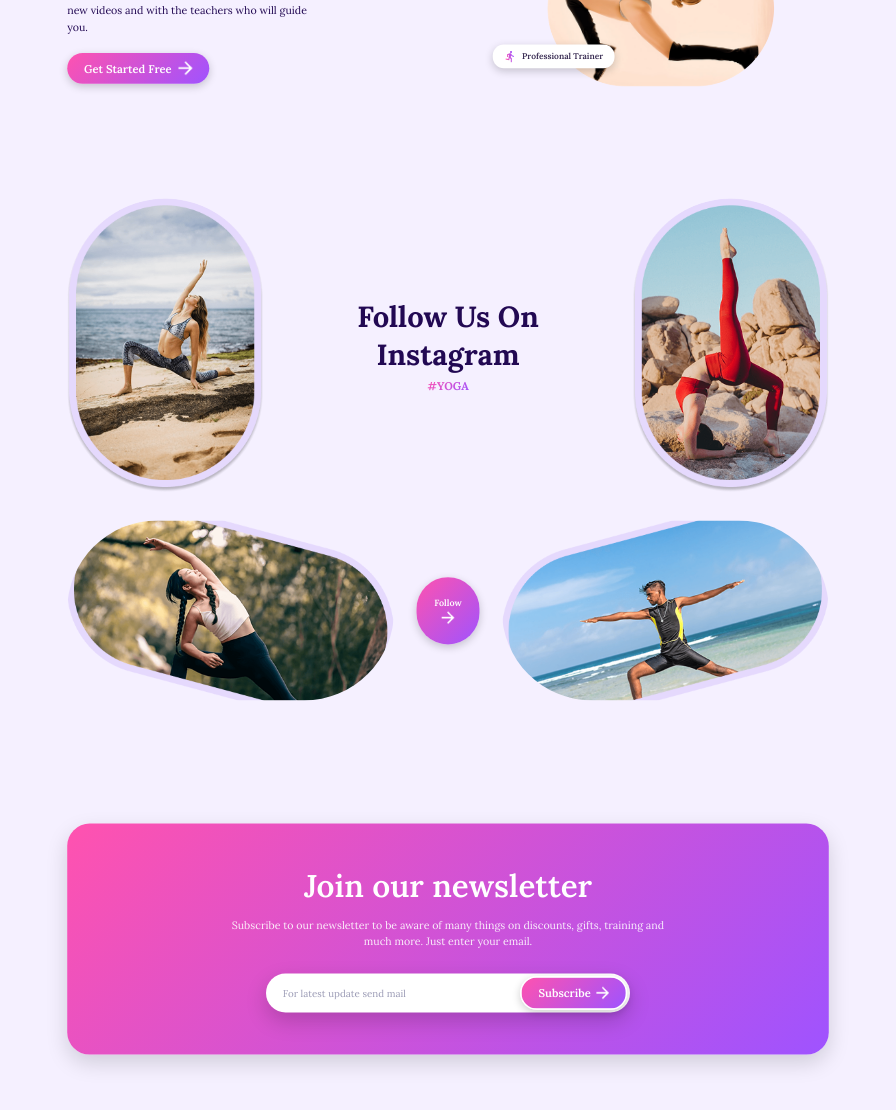
Repository: EunsuhJeon/responsive-yoga-website
Page: index.html
These files come from the project's save history. The page is drawn as it stood at one moment and after the next save; the edit follows.
The browser window is 1280 px wide. The pictures show the part of the page from y = 852 to 2772 px (the page is 2438 px tall before and 2772 px after), at 70% of full size.

Above is the page before, as saved 2025-11-26 01:07:20.

### index.html
<!DOCTYPE html>
<html lang="en">
<head>
    <meta charset="UTF-8">
    <meta name="viewport" content="width=device-width, initial-scale=1.0">
    <title>Yoga website</title>
    <link rel="stylesheet" href="./main.css">
    <link rel="preconnect" href="https://fonts.googleapis.com">
    <link rel="preconnect" href="https://fonts.gstatic.com" crossorigin>
    <link href="https://fonts.googleapis.com/css2?family=Lora:ital,wght@0,400..700;1,400..700&display=swap" rel="stylesheet">
</head>
<body>
    <header>
        <img src="./assets/logos/logo.png" alt="logo">
        <nav>
            <ul>
                <li>Home</li>
                <li>Services1</li>
                <li>Services2</li>
                <li>Contact</li>
            </ul>
        </nav>
        <a href="#"></a>
    </header>
    <main>
        <!-- Jade - start -->
        <section id="section-hero">
            <h1>Choose Your Best Yoga Teacher</h1>
            <p>Calm your mind and body with the best yoga teachers available, relax your day and stay positive.</p>
            <input class="btn" type="button" value="Get Started Free">
            <div>
                <div>300+</div>
                <p>Yoga Class</p>
            </div>
            <div>
                <div>40+</div>
                <p>Participants</p>
            </div>
        </section>
        <section id="section-influencers">
            <h2>#01</h2>
            <img src="" alt="">
            <p>Get a list of specific influencers in your niche at your fingertips so you can focus on managing your status.</p>
            <a href="#">Next</a>
        </section>
        <section id="section-wellness-cta">
            <img src="" alt="">
            <h2>Bring Happiness To Good Health!</h2>
            <p>If you take care of your good health, take care of your mentality and lead a healthy life with positive thoughts every day.</p>
            <input class="btn" type="button" value="Let's Start">
        </section>
        <!-- Jade - end -->


        <!-- Andrea - start -->
        <section class="section-4-place">
            <div class="section-4-place-content">
                <h1 class="section-4-title">
                    Anytime, Any<br>
                    Place, Any<br>
                    Workout
                </h1>
                <p class="section-4-text">
                    Take your routine at any time of your day, with the new
                    videos and with the teachers who will guide you.
                </p>
                <button class="btn btn-primary">
                    Get Started Free
                    <img
                        class="btn-icon"
                        src="./assets/icons/p2-s1-button-pink-Arrow.png"
                        alt="Arrow icon">
                </button>
            </div>

            <div class="section-4-place-media">
                <div class="section-4-place-images">
                    <img
                        class="section-4-place-img section-4-place-img-top"
                        src="./assets/images/b2-s1-routine-yoga-1.png"
                        alt="Yoga routine 1">
                    <img
                        class="section-4-place-img section-4-place-img-bottom"
                        src="./assets/images/b2-s1-routine-yoga-2.png"
                        alt="Yoga routine 2">
                </div>

                <button class="pill-btn pill-btn-top">
                    <img
                        class="pill-icon"
                        src="./assets/icons/p2-s1-button-white-ri_play.svg"
                        alt="Play icon">
                    High Quality Video
                </button>

                <button class="pill-btn pill-btn-bottom">
                    <img
                        class="pill-icon"
                        src="./assets/icons/p2-s1-button-white-person.svg"
                        alt="Person icon">
                    Professional Trainer
                </button>
            </div>
        </section>

        <!-- Seccion 5 - Follow -->
        <section class="seccion-5-follow">

        <!-- fila superior -->
        <div class="seccion-5-top">
            <img
            class="seccion-5-img seccion-5-img-tl"
            src="./assets/images/b2-s2-follow-yoga-1.png"
            alt="Yoga pose top-left">

            <div class="seccion-5-text">
            <h2 class="seccion-5-title">
                Follow Us On<br>Instagram
            </h2>
            <p class="seccion-5-hashtag">
                <span class="gradient-text">#YOGA</span>
            </p>
            </div>

            <img
            class="seccion-5-img seccion-5-img-tr"
            src="./assets/images/b2-s2-follow-yoga-2.png"
            alt="Yoga pose top-right">
        </div>

        <!-- fila inferior -->
        <div class="seccion-5-bottom">

            <img
            class="seccion-5-img seccion-5-img-bl"
            src="./assets/images/b2-s2-follow-yoga-3.png"
            alt="Yoga pose bottom-left">

            <button class="btn btn-circle">
            <span>Follow</span>
            <img
                class="btn-icon"
                src="./assets/icons/p2-s1-button-pink-Arrow.png"
                alt="Arrow icon">
            </button>

            <img
            class="seccion-5-img seccion-5-img-br"
            src="./assets/images/b2-s2-follow-yoga-4.png"
            alt="Yoga pose bottom-right">
        </div>
        </section>

        <!-- Seccion 6 - Newsletter -->
        <section class="seccion-6-newsletter">

        <div class="newsletter-box">

            <h2 class="newsletter-title">Join our newsletter</h2>

            <p class="newsletter-subtitle">
            Subscribe to our newsletter to be aware of many things on discounts, gifts,
            training and much more. Just enter your email.
            </p>

            <div class="newsletter-form">
            <div class="newsletter-input-wrapper">

                <input
                type="email"
                class="newsletter-input"
                placeholder="For latest update send mail">

                <button class="btn newsletter-btn">
                Subscribe
                <img
                    class="btn-icon"
                    src="./assets/icons/p2-s1-button-pink-Arrow.png"
                    alt="Arrow icon">
                </button>

            </div>
            </div>

        </div>

        </section>



    <!-- Andrea - end -->
    </main>
    <footer>

    </footer>
</body>
</html>

### main.css
*{
    box-sizing: border-box;
    margin: 0;
    padding: 0;
    font-family: "Lora", serif;
    font-optical-sizing: auto;
    font-style: normal;
}

body{
    width: 100%;
    height: 100%;
}

:root {
  --btn-gradient: linear-gradient(135deg, #FF52AF, #9F53FF);
  --btn-text: #fff;
  --btn-radius: 64px;
  --btn-padding: 12px 24px;
  --btn-shadow: 0 4px 12px rgba(0, 0, 0, 0.20);
}

button,
.btn {
  background: var(--btn-gradient);
  color: var(--btn-text);
  padding: var(--btn-padding);
  border: none;
  border-radius: var(--btn-radius);
  box-shadow: var(--btn-shadow);

  font-size: 16px;
  font-weight: 600;
  cursor: pointer;
  transition: transform 0.2s ease, opacity 0.2s ease;
}

/* Hover */
button:hover,
.btn:hover {
  transform: translateY(-2px);
  opacity: 0.9;
}

/* Active (cuando se hace click) */
button:active,
.btn:active {
  transform: translateY(0);
  opacity: 0.75;
}

@media (prefers-color-scheme: light) {
  body {
    background: #F5F0FF;
    color: #220953;
  }
}

@media (prefers-color-scheme: dark) {
  body {
    background: #14092A;
    color: #D1C0F1;
  }

    /* Andrea: Section-4 pill buttons cambian a #372A51 en oscuro */
  .pill-btn {
    background: #372A51;
    color: #F5F0FF;
  }
}



/* jade - start */

/* jade - end */



/* Andrea - start */

/* ---------- Section 4 - Place ---------- */
/* ----------TIPOGRAFÍA / TEXTOS---------- */

.section-4-title {
  font-size: clamp(2.4rem, 3vw + 1.2rem, 3.4rem);
  line-height: 1.2;
  margin-bottom: 16px;
}

.section-4-text {
  font-size: 0.95rem;
  line-height: 1.6;
  max-width: 360px;
  margin-bottom: 24px;
}

/* botón principal dentro de la sección */
.btn-primary {
  display: inline-flex;
  align-items: center;
  gap: 10px;
}

.btn-icon {
  width: 20px;
  height: 20px;
}

/* ---------- SECTION-4-PLACE ---------- */

.section-4-place {
  max-width: 1120px;
  margin: 0 auto;
  padding: 80px 16px;
  display: flex;
  align-items: center;
  justify-content: space-between;
  gap: 56px;
}

.section-4-place-content {
  flex: 1;
}

.section-4-place-media {
  flex: 1;
  position: relative;
  display: flex;
  justify-content: center;
}

.section-4-place-images {
  position: relative;
  width: 360px;
  height: 360px;
}

.section-4-place-img {
  width: 100%;
  height: auto;
  border-radius: 192px;
  object-fit: cover;
}

.section-4-place-img-top {
  position: absolute;
  top: 0;
  left: 0%;
  width: 85%;
  z-index: 2;
}

.section-4-place-img-bottom {
  position: absolute;
  bottom: 0;
  right: 0%;
  width: 90%;
  z-index: 1;
}

/* ---------- BOTONES BLANCOS (PILLS) ---------- */

.pill-btn {
  position: absolute;
  display: inline-flex;
  align-items: center;
  gap: 8px;
  padding: 8px 16px;
  border-radius: 16px;
  background: #ffffff;
  color: #372A51;
  font-size: 0.75rem;
  font-weight: 600;
  box-shadow: var(--btn-shadow);
  border: none;
  z-index: 10;
}

.pill-icon {
  width: 18px;
  height: 18px;
}

.pill-btn-top {
  top: 22%;
  right: 12%;
  transform: translate(20%, -50%);
}

.pill-btn-bottom {
  bottom: 12%;
  left: 12%;
  transform: translate(-15%, 50%);
}


/* ---------- RESPONSIVE ---------- */

@media (max-width: 768px) {
  .section-4-place {
    flex-direction: column;
    text-align: center;
    padding-top: 48px;
  }

  .section-4-place-content {
    order: 1;
  }

  .section-4-place-text {
    margin-left: auto;
    margin-right: auto;
  }

  .section-4-place-media {
    order: 2;
    width: 100%;
  }

  .section-4-place-images {
    width: 280px;
    height: 280px;
  }

  .pill-btn-top {
    top: 12%;
    right: 8%;
    transform: translate(0, -50%);
  }

  .pill-btn-bottom {
    bottom: 6%;
    left: 20%;
    transform: translate(0, 50%);
  }
}

/* -------- Seccion 5 - Follow -------- */

.seccion-5-follow {
  max-width: 1120px;
  margin: 0 auto;
  padding: 80px 16px 96px;
}

/* Filas superior e inferior */
.seccion-5-top,
.seccion-5-bottom {
  display: flex;
  align-items: center;
  justify-content: space-between;
  gap: 32px;
}

.seccion-5-top {
  margin-bottom: 40px;
}

/* Texto del centro */
.seccion-5-text {
  text-align: center;
}

.seccion-5-title {
  font-size: clamp(2rem, 2.4vw + 1rem, 2.6rem);
  line-height: 1.3;
  margin-bottom: 8px;
}

.seccion-5-hashtag {
  font-size: 1rem;
}

/* Hashtag #YOGA con gradiente */
.gradient-text {
  background: var(--btn-gradient);
  -webkit-background-clip: text;
  background-clip: text;
  color: transparent;
  font-weight: 700;
}

/* Estilo base para todas las imágenes */
.seccion-5-img {
  object-fit: cover;
  border-radius: 192px;
  background: transparent;
}

/* Imágenes superiores (verticales) */
.seccion-5-img-tl,
.seccion-5-img-tr {
  width: 280px;
  height: 420px;
}

/* Imágenes inferiores (apaisadas, ya rotadas en el archivo) */
.seccion-5-img-bl,
.seccion-5-img-br {
  width: 500px;
  height: 257px;
}

/* Botón circular central */
.btn-circle {
  width: 96px;
  height: 96px;
  padding: 0;
  border-radius: 64px;
  display: flex;
  flex-direction: column;
  align-items: center;
  justify-content: center;
  gap: 4px;
  font-size: 0.8rem;
}

.btn-circle .btn-icon {
  width: 18px;
  height: 18px;
}

/* -------- Responsive -------- */

@media (max-width: 768px) {
  .seccion-5-follow {
    padding-top: 48px;
  }

  .seccion-5-top,
  .seccion-5-bottom {
    flex-direction: column;
    gap: 24px;
  }

  .seccion-5-text {
    order: 1;
  }

  .seccion-5-img-tl {
    order: 0;
  }

  .seccion-5-img-tr {
    order: 2;
  }
}

/* -------- Seccion 6 - Newsletter -------- */

.seccion-6-newsletter {
  max-width: 1120px;
  margin: 0 auto;
  padding: 80px 16px;
  display: flex;
  justify-content: center;
}

.newsletter-box {
  width: 100%;
  background: var(--btn-gradient); /* tu gradiente rosa-violeta */
  padding: 60px 40px;
  border-radius: 32px;
  text-align: center;
  color: #ffffff;
  box-shadow: 0 12px 30px rgba(0, 0, 0, 0.15);
}

.newsletter-title {
  font-size: clamp(2rem, 2.4vw + 1rem, 2.8rem);
  font-weight: 600;
  margin-bottom: 16px;
}

.newsletter-subtitle {
  max-width: 640px;
  margin: 0 auto 32px;
  font-size: 0.95rem;
  line-height: 1.6;
  opacity: 0.9;
}

/* ---------- Formulario ---------- */

.newsletter-form {
  display: flex;
  justify-content: center;
}

.newsletter-input-wrapper {
  display: flex;
  align-items: center;
  background: #ffffff;
  border-radius: 999px;
  padding: 4px;
  max-width: 520px;
  width: 100%;
  box-shadow: 0 12px 30px rgba(0, 0, 0, 0.18);
}

/* input */
.newsletter-input {
  flex: 1;
  border: none;
  outline: none;
  padding: 14px 20px;
  font-size: 14px;
  border-radius: 999px;
  background: transparent;
  color: #333;
}

.newsletter-input::placeholder {
  color: #9b9bb5;
}

/* botón */
.newsletter-btn {
  display: inline-flex;
  align-items: center;
  gap: 8px;
  padding: 12px 24px;
  border-radius: 999px;
  background: var(--btn-gradient);
  color: var(--btn-text);
  border: 2px solid #ffffff;
  box-shadow: var(--btn-shadow);
  flex-shrink: 0;
}

.newsletter-btn .btn-icon {
  width: 18px;
  height: 18px;
}

/* ---------- Responsive ---------- */

@media (max-width: 768px) {

  .newsletter-box {
    padding: 48px 24px;
  }

  .newsletter-input-wrapper {
    flex-direction: column;
    align-items: stretch;
    gap: 10px;
    padding: 16px;
  }

  .newsletter-btn {
    width: 100%;
    justify-content: center;
  }
}


/* Andrea - end */

After the next save:
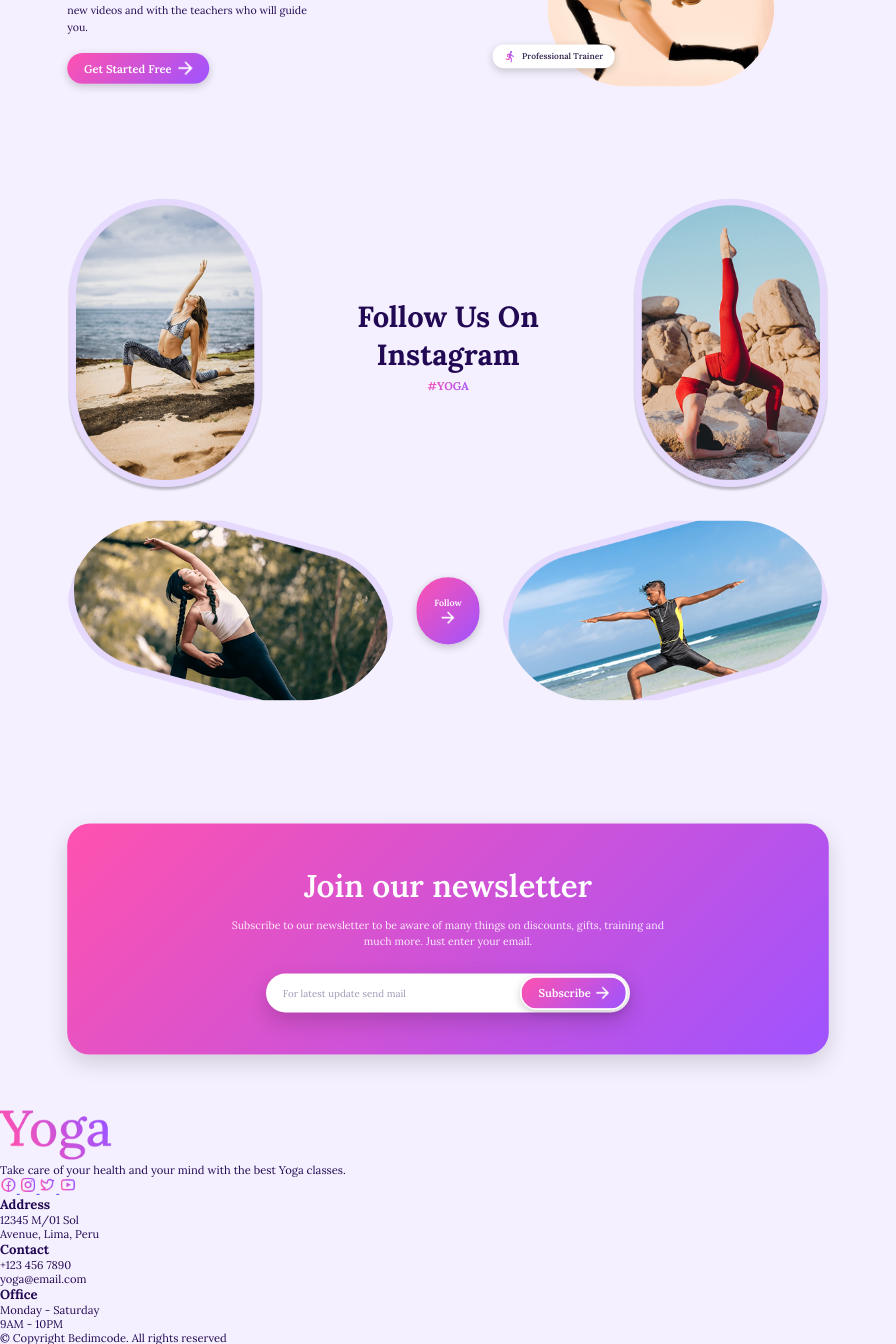
Saved 17 min 32 s later.
--- a/index.html
+++ b/index.html
@@ -185,13 +185,69 @@
         </div>
 
         </section>
-
-
-
+    </main>
+ <!---------------------------------- Footer ------------------------------------>
+    <footer class="site-footer">
+    <div class="footer-inner">
+        <div class="footer-col footer-brand">
+        <img
+            src="./assets/logos/logo.png"
+            alt="Yoga logo"
+            class="footer-logo">
+
+        <p class="footer-description">
+            Take care of your health and your mind with the best Yoga classes.
+        </p>
+
+        <div class="footer-social">
+            <a href="#" aria-label="Facebook">
+            <img src="./assets/icons/facebook-icon.png" alt="Facebook icon">
+            </a>
+            <a href="#" aria-label="Instagram">
+            <img src="./assets/icons/instagram-icon.png" alt="Instagram icon">
+            </a>
+            <a href="#" aria-label="Twitter">
+            <img src="./assets/icons/twitter-icon.png" alt="Twitter icon">
+            </a>
+            <a href="#" aria-label="YouTube">
+            <img src="./assets/icons/youtube-icon.png" alt="YouTube icon">
+            </a>
+        </div>
+        </div>
+
+        <div class="footer-col">
+        <h3 class="footer-heading">Address</h3>
+        <p class="footer-text">
+            12345 M/01 Sol<br>
+            Avenue, Lima, Peru
+        </p>
+        </div>
+
+        <div class="footer-col">
+        <h3 class="footer-heading">Contact</h3>
+        <p class="footer-text">
+            +123 456 7890<br>
+            yoga@email.com
+        </p>
+        </div>
+
+        <div class="footer-col">
+        <h3 class="footer-heading">Office</h3>
+        <p class="footer-text">
+            Monday - Saturday<br>
+            9AM - 10PM
+        </p>
+        </div>
+    </div>
+
+    <div class="footer-divider"></div>
+
+    <div class="footer-bottom">
+        <p class="footer-copy">
+        © Copyright Bedimcode. All rights reserved
+        </p>
+    </div>
+    </footer>
     <!-- Andrea - end -->
-    </main>
-    <footer>
-
-    </footer>
 </body>
 </html>
